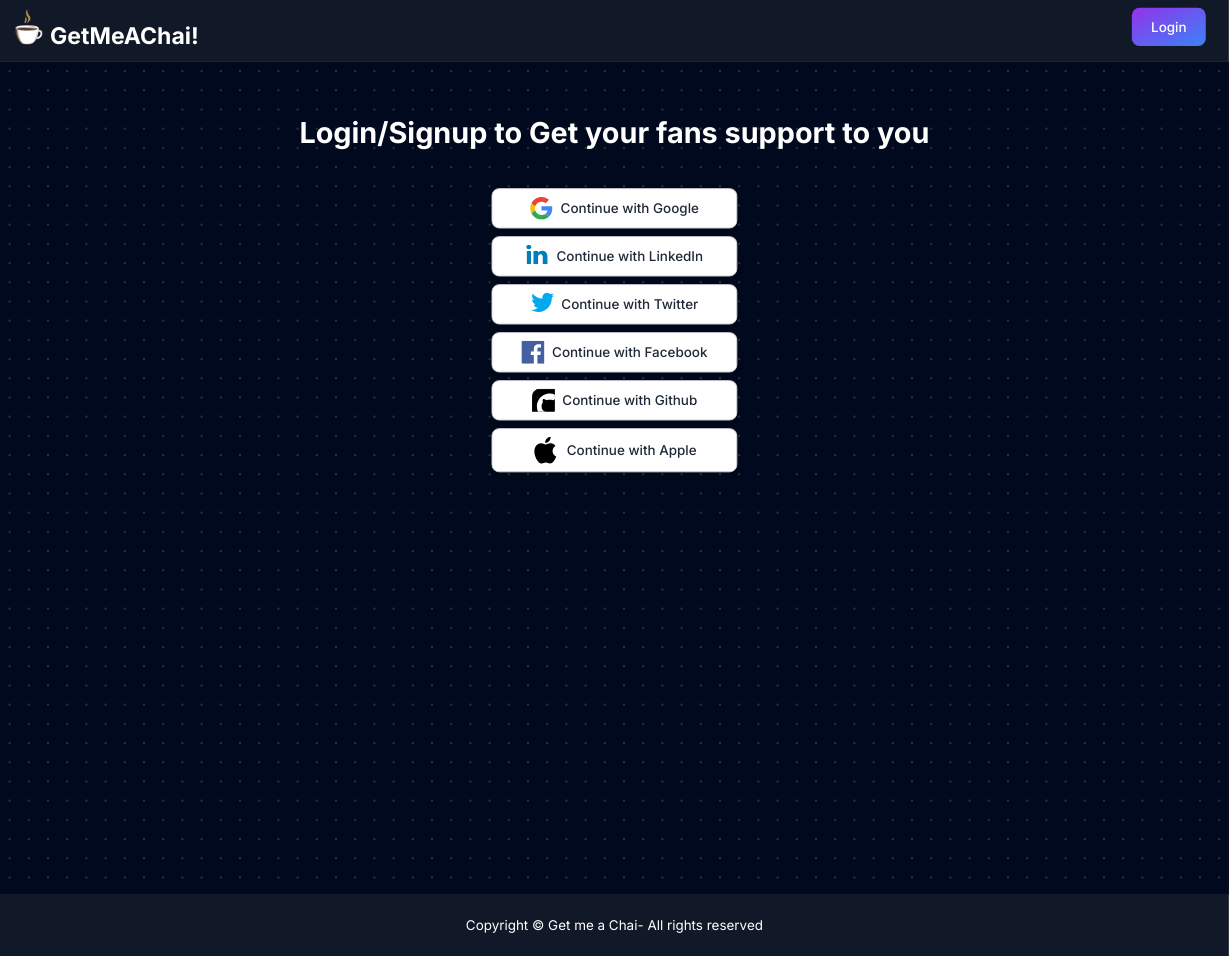
Repository: sarthaktomar579/saharaWorks
Page: /login
An editor plug-in stored every save of this project. The page is shown before and after a run of saves, followed by the edit.
The browser window is 1280 px wide. The pictures show the whole page, at 96% of full size.
The project was rebuilt for these pictures with package versions that can differ from the ones it lists, and the page was loaded fresh each time. The framework's server and built-in components were replaced by stand-ins that run in the browser. Also part of the build but not shown: next.config.mjs.

Above is the page before, as saved 2024-08-31 21:10:09.

After the next 3 saves:
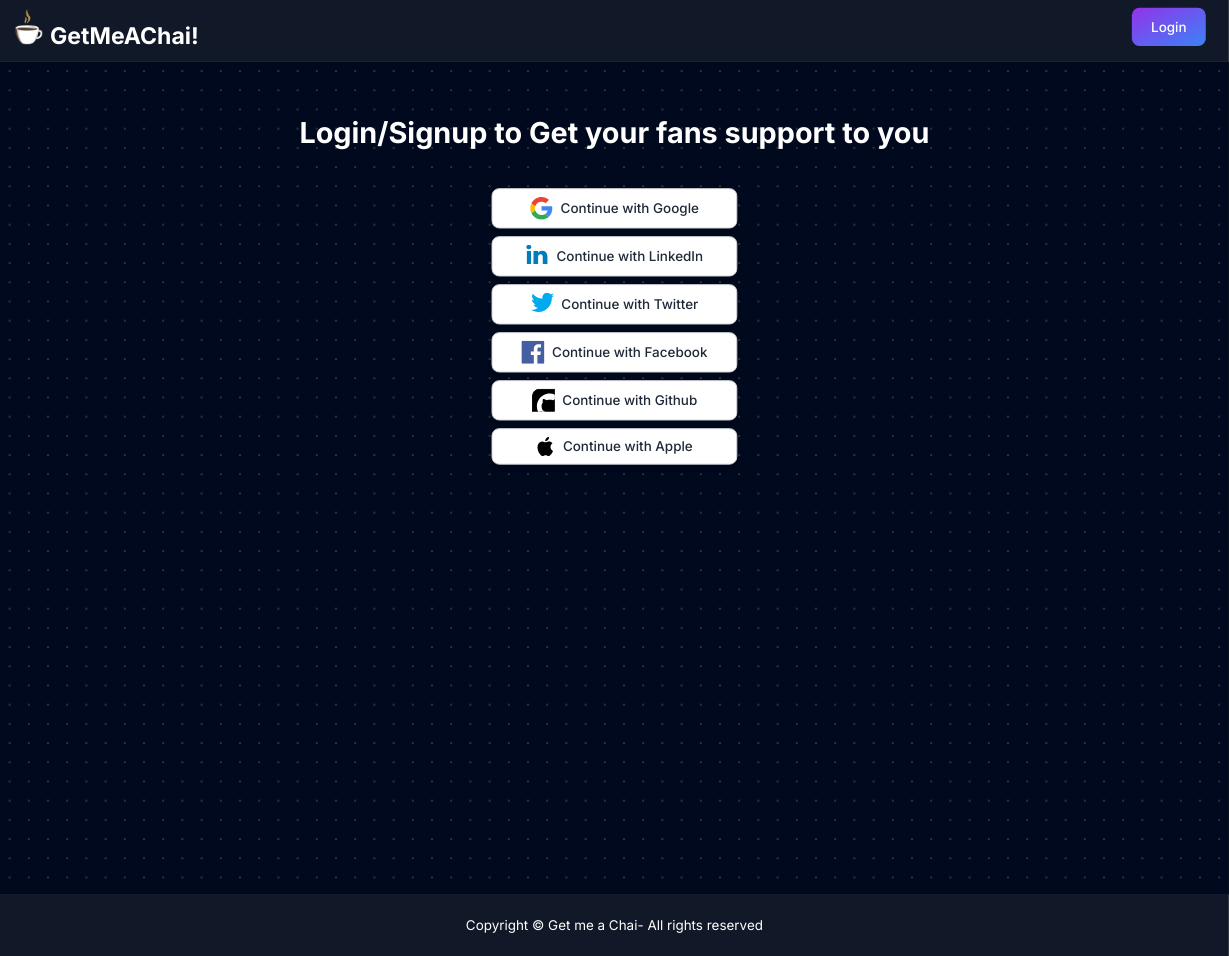
The 3 saves are shown as one change because they came seconds apart.
The last was saved 27 s later.
--- a/app/login/page.js
+++ b/app/login/page.js
@@ -113,7 +113,7 @@
 
                 <button
                     className="mx-auto flex items-center justify-center w-64 border bg-white border-gray-300 rounded-lg shadow-md max-w-xs px-4 py-2 text-sm font-medium text-gray-800 hover:bg-gray-200 focus:outline-none focus:ring-2 focus:ring-offset-2 focus:ring-gray-500 space-x-2">
-                    <svg className='h-7 w-7' xmlns="http://www.w3.org/2000/svg" width="0.82em" height="1em" viewBox="0 0 256 315"><path d="M213.803 167.03c.442 47.58 41.74 63.413 42.197 63.615c-.35 1.116-6.599 22.563-21.757 44.716c-13.104 19.153-26.705 38.235-48.13 38.63c-21.05.388-27.82-12.483-51.888-12.483c-24.061 0-31.582 12.088-51.51 12.871c-20.68.783-36.428-20.71-49.64-39.793c-27-39.033-47.633-110.3-19.928-158.406c13.763-23.89 38.36-39.017 65.056-39.405c20.307-.387 39.475 13.662 51.889 13.662c12.406 0 35.699-16.895 60.186-14.414c10.25.427 39.026 4.14 57.503 31.186c-1.49.923-34.335 20.044-33.978 59.822M174.24 50.199c10.98-13.29 18.369-31.79 16.353-50.199c-15.826.636-34.962 10.546-46.314 23.828c-10.173 11.763-19.082 30.589-16.678 48.633c17.64 1.365 35.66-8.964 46.64-22.262" /></svg>
+                    <svg className='h-5 w-5' xmlns="http://www.w3.org/2000/svg" width="0.82em" height="1em" viewBox="0 0 256 315"><path d="M213.803 167.03c.442 47.58 41.74 63.413 42.197 63.615c-.35 1.116-6.599 22.563-21.757 44.716c-13.104 19.153-26.705 38.235-48.13 38.63c-21.05.388-27.82-12.483-51.888-12.483c-24.061 0-31.582 12.088-51.51 12.871c-20.68.783-36.428-20.71-49.64-39.793c-27-39.033-47.633-110.3-19.928-158.406c13.763-23.89 38.36-39.017 65.056-39.405c20.307-.387 39.475 13.662 51.889 13.662c12.406 0 35.699-16.895 60.186-14.414c10.25.427 39.026 4.14 57.503 31.186c-1.49.923-34.335 20.044-33.978 59.822M174.24 50.199c10.98-13.29 18.369-31.79 16.353-50.199c-15.826.636-34.962 10.546-46.314 23.828c-10.173 11.763-19.082 30.589-16.678 48.633c17.64 1.365 35.66-8.964 46.64-22.262" /></svg>
                     <span>Continue with Apple</span>
                 </button>
 
